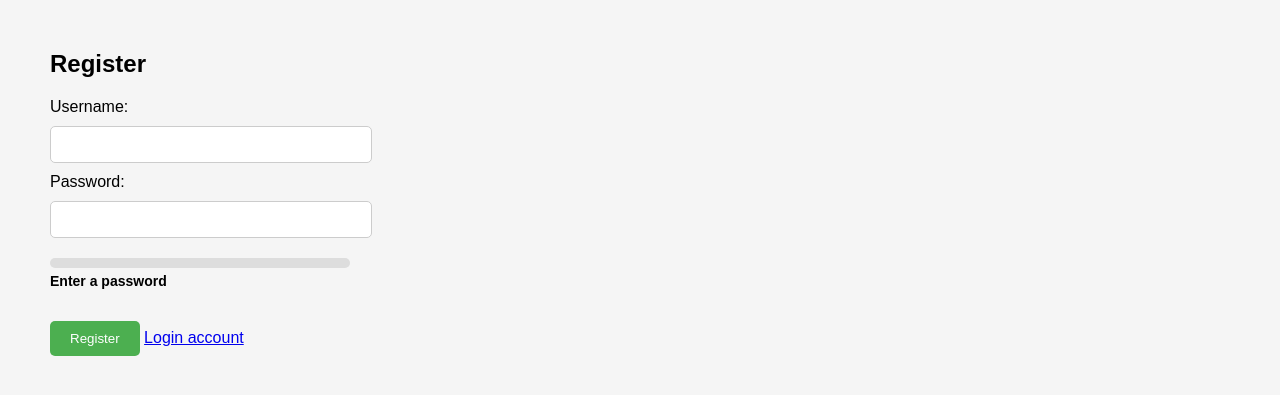
Repository: wolvicjohn/argon2
Page: http://localhost/register.php
An editor plug-in stored every save of this project. The page is shown before and after the next save, followed by the edit.
The browser window is 1280 px wide. The pictures show the whole page.
The page is run by PHP 8.4 with error messages shown; the project is at /var/www/html/.

Above is the page before, as saved 2024-10-18 01:06:10.

### register.php
<?php
// Database connection
$host = 'localhost';
$db = 'argon2_auth';
$user = 'root'; // Your database username
$pass = '';     // Your database password

$dsn = "mysql:host=$host;dbname=$db;charset=utf8mb4";
$options = [
    PDO::ATTR_ERRMODE => PDO::ERRMODE_EXCEPTION,
    PDO::ATTR_DEFAULT_FETCH_MODE => PDO::FETCH_ASSOC,
];

try {
    $pdo = new PDO($dsn, $user, $pass, $options);
} catch (PDOException $e) {
    die("Database connection failed: " . $e->getMessage());
}

if ($_SERVER['REQUEST_METHOD'] === 'POST') {
    $username = $_POST['username'];
    $password = $_POST['password'];

    // Check if username exists
    $stmt = $pdo->prepare('SELECT id FROM users WHERE username = ?');
    $stmt->execute([$username]);
    if ($stmt->fetch()) {
        die('Username already taken');
    }

    // Hash password with Argon2
    $passwordHash = password_hash($password, PASSWORD_ARGON2ID);

    // Insert user into database
    $stmt = $pdo->prepare('INSERT INTO users (username, password_hash) VALUES (?, ?)');
    $stmt->execute([$username, $passwordHash]);

    echo "User registered successfully!";
}
?>
<!DOCTYPE html>
<html lang="en">

<head>
    <meta charset="UTF-8">
    <title>Register</title>
    <style>
        body {
            font-family: Arial, sans-serif;
            margin: 50px;
            background-color: #f5f5f5;
        }

        input {
            margin: 10px 0;
            padding: 10px;
            width: 300px;
            border: 1px solid #ccc;
            border-radius: 5px;
        }

        button {
            padding: 10px 20px;
            cursor: pointer;
            background-color: #4CAF50;
            color: white;
            border: none;
            border-radius: 5px;
        }

        .password-strength {
            margin-top: 10px;
            height: 10px;
            width: 300px;
            background-color: #ddd;
            border-radius: 5px;
            overflow: hidden;
        }

        .strength-bar {
            height: 100%;
            width: 0%;
            transition: width 0.3s ease-in-out;
        }

        .strength-weak {
            background-color: red;
        }

        .strength-medium {
            background-color: orange;
        }

        .strength-strong {
            background-color: green;
        }

        .message {
            margin-top: 5px;
            font-size: 14px;
            font-weight: bold;
        }
    </style>
</head>

<body>
    <h2>Register</h2>
    <form action="register.php" method="POST">
        <label for="username">Username:</label><br>
        <input type="text" name="username" id="username" required><br>

        <label for="password">Password:</label><br>
        <input type="password" name="password" id="password" required><br>

        <div class="password-strength">
            <div class="strength-bar" id="strength-bar"></div>
        </div>
        <p class="message" id="strength-text">Enter a password</p><br>

        <button type="submit">Register</button>
        <a href="login.php">Login account</a>
    </form>

    <script>
        const passwordInput = document.getElementById('password');
        const strengthBar = document.getElementById('strength-bar');
        const strengthText = document.getElementById('strength-text');

        passwordInput.addEventListener('input', () => {
            const password = passwordInput.value;
            const strength = calculateStrength(password);
            updateStrengthMeter(strength);
        });

        function calculateStrength(password) {
            let strength = 0;

            if (password.length >= 8) strength++;
            if (/[A-Z]/.test(password)) strength++;
            if (/[a-z]/.test(password)) strength++;
            if (/[0-9]/.test(password)) strength++;
            if (/[^A-Za-z0-9]/.test(password)) strength++;

            return strength;
        }

        function updateStrengthMeter(strength) {
            // Reset the strength bar
            strengthBar.className = 'strength-bar';
            strengthBar.style.width = `${strength * 20}%`;  // Dynamically set the width

            // Set the color and text based on strength
            if (strength <= 1) {
                strengthBar.classList.add('strength-weak');
                strengthText.textContent = 'Weak';
                strengthText.style.color = 'red';
            } else if (strength <= 3) {
                strengthBar.classList.add('strength-medium');
                strengthText.textContent = 'Medium';
                strengthText.style.color = 'orange';
            } else {
                strengthBar.classList.add('strength-strong');
                strengthText.textContent = 'Strong';
                strengthText.style.color = 'green';
            }
        }
    </script>
</body>

</html>

Loaded but not shown: styles.css (no stored copy; drawn as an empty file)

After the next save:
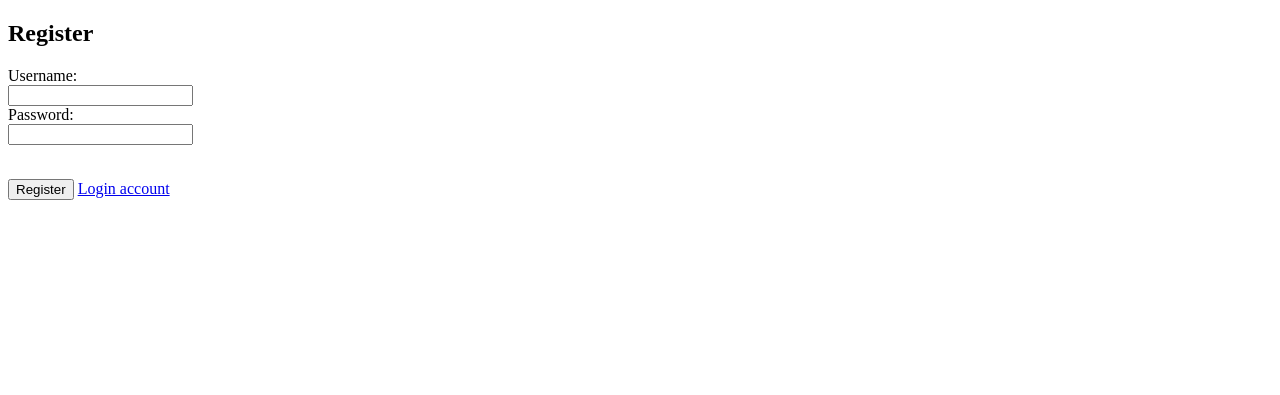
Saved 33 s later.
--- a/register.php
+++ b/register.php
@@ -2,8 +2,8 @@
 // Database connection
 $host = 'localhost';
 $db = 'argon2_auth';
-$user = 'root'; // Your database username
-$pass = '';     // Your database password
+$user = 'root';  // or your DB username
+$pass = '';      // or your DB password
 
 $dsn = "mysql:host=$host;dbname=$db;charset=utf8mb4";
 $options = [
@@ -21,105 +21,52 @@ if ($_SERVER['REQUEST_METHOD'] === 'POST') {
     $username = $_POST['username'];
     $password = $_POST['password'];
 
-    // Check if username exists
+    // Check if the username is already taken
     $stmt = $pdo->prepare('SELECT id FROM users WHERE username = ?');
     $stmt->execute([$username]);
     if ($stmt->fetch()) {
-        die('Username already taken');
+        die('Username is already taken');
     }
 
-    // Hash password with Argon2
+    // Hash the password using Argon2
     $passwordHash = password_hash($password, PASSWORD_ARGON2ID);
 
-    // Insert user into database
+    // Insert the new user into the database
     $stmt = $pdo->prepare('INSERT INTO users (username, password_hash) VALUES (?, ?)');
     $stmt->execute([$username, $passwordHash]);
 
     echo "User registered successfully!";
 }
 ?>
+
 <!DOCTYPE html>
 <html lang="en">
 
 <head>
     <meta charset="UTF-8">
     <title>Register</title>
-    <style>
-        body {
-            font-family: Arial, sans-serif;
-            margin: 50px;
-            background-color: #f5f5f5;
-        }
-
-        input {
-            margin: 10px 0;
-            padding: 10px;
-            width: 300px;
-            border: 1px solid #ccc;
-            border-radius: 5px;
-        }
-
-        button {
-            padding: 10px 20px;
-            cursor: pointer;
-            background-color: #4CAF50;
-            color: white;
-            border: none;
-            border-radius: 5px;
-        }
-
-        .password-strength {
-            margin-top: 10px;
-            height: 10px;
-            width: 300px;
-            background-color: #ddd;
-            border-radius: 5px;
-            overflow: hidden;
-        }
-
-        .strength-bar {
-            height: 100%;
-            width: 0%;
-            transition: width 0.3s ease-in-out;
-        }
-
-        .strength-weak {
-            background-color: red;
-        }
-
-        .strength-medium {
-            background-color: orange;
-        }
-
-        .strength-strong {
-            background-color: green;
-        }
-
-        .message {
-            margin-top: 5px;
-            font-size: 14px;
-            font-weight: bold;
-        }
-    </style>
+    <link rel="stylesheet" href="styles.css">
 </head>
 
 <body>
-    <h2>Register</h2>
-    <form action="register.php" method="POST">
-        <label for="username">Username:</label><br>
-        <input type="text" name="username" id="username" required><br>
+    <div class="container">
+        <h2>Register</h2>
+        <form action="register.php" method="POST">
+            <label for="username">Username:</label><br>
+            <input type="text" name="username" id="username" required><br>
 
-        <label for="password">Password:</label><br>
-        <input type="password" name="password" id="password" required><br>
+            <label for="password">Password:</label><br>
+            <input type="password" name="password" id="password" required><br>
 
-        <div class="password-strength">
-            <div class="strength-bar" id="strength-bar"></div>
-        </div>
-        <p class="message" id="strength-text">Enter a password</p><br>
+            <div class="password-strength">
+                <div class="strength-bar" id="strength-bar"></div>
+            </div>
+            <p id="strength-text"></p><br>
 
-        <button type="submit">Register</button>
-        <a href="login.php">Login account</a>
-    </form>
+            <button type="submit">Register</button>
+            <a href="login.php" class="button">Login account</a>
+        </form>
+    </div>
 
     <script>
         const passwordInput = document.getElementById('password');
@@ -127,8 +74,7 @@ if ($_SERVER['REQUEST_METHOD'] === 'POST') {
         const strengthText = document.getElementById('strength-text');
 
         passwordInput.addEventListener('input', () => {
-            const password = passwordInput.value;
-            const strength = calculateStrength(password);
+            const strength = calculateStrength(passwordInput.value);
             updateStrengthMeter(strength);
         });
 
@@ -145,23 +91,20 @@ if ($_SERVER['REQUEST_METHOD'] === 'POST') {
         }
 
         function updateStrengthMeter(strength) {
-            // Reset the strength bar
-            strengthBar.className = 'strength-bar';
-            strengthBar.style.width = `${strength * 20}%`;  // Dynamically set the width
+            strengthBar.className = '';
 
-            // Set the color and text based on strength
             if (strength <= 1) {
+                strengthBar.style.width = '20%';
                 strengthBar.classList.add('strength-weak');
                 strengthText.textContent = 'Weak';
-                strengthText.style.color = 'red';
             } else if (strength <= 3) {
+                strengthBar.style.width = '60%';
                 strengthBar.classList.add('strength-medium');
                 strengthText.textContent = 'Medium';
-                strengthText.style.color = 'orange';
             } else {
+                strengthBar.style.width = '100%';
                 strengthBar.classList.add('strength-strong');
                 strengthText.textContent = 'Strong';
-                strengthText.style.color = 'green';
             }
         }
     </script>
